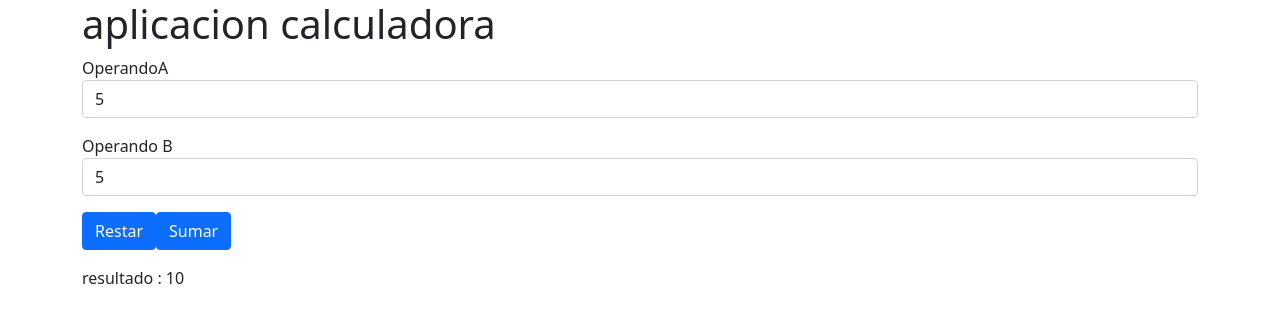
Repository: iwinser117/dw
Page: javascript udemy 43/ejercices/calculadora/index.html
These files come from the project's save history. The page is drawn as it stood at one moment and after the next save; the edit follows.
The browser window is 1280 px wide. The pictures show the whole page.
Empty fields were first filled with sample values (such as "Sample", 5 or name@example.com).
After loading, the first visible `button[onclick="sumar()"]` was clicked once.

Above is the page before, as saved 2022-10-02 12:05:59.

After the next save:
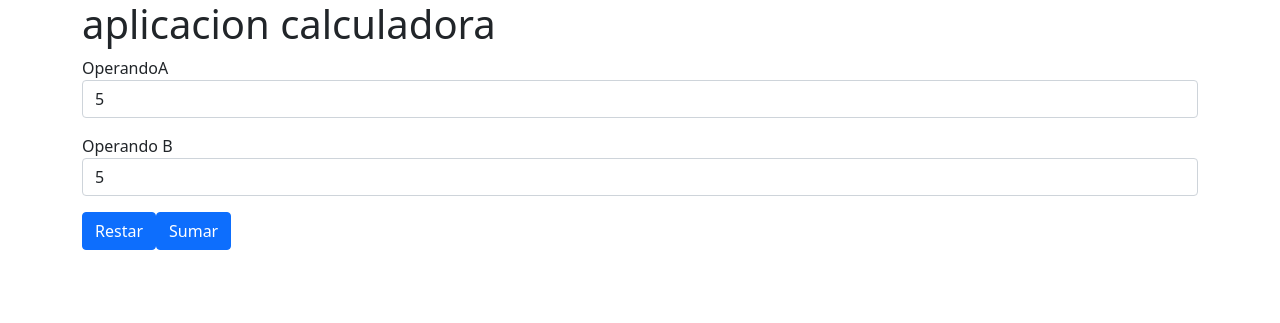
Console error: TypeError: Cannot set properties of null (setting 'innerHTML')
Saved 33 s later.
--- a/javascript udemy 43/ejercices/calculadora/js/app.js
+++ b/javascript udemy 43/ejercices/calculadora/js/app.js
@@ -6,7 +6,7 @@ function sumar(){
     let resultado = parseInt(operandoA.value) + parseInt(operandoB.value);
     if (isNaN(resultado))
         resultado = `la operacion le faltan numeros`;
-    document.getElementById(`resultado`).innerHTML = `resultado : ${resultado}`;
+    document.getElementById(`resultado de la suma es`).innerHTML = `resultado : ${resultado}`;
     console.log(`resultado de la suma es : ${resultado}`);
 }
 
